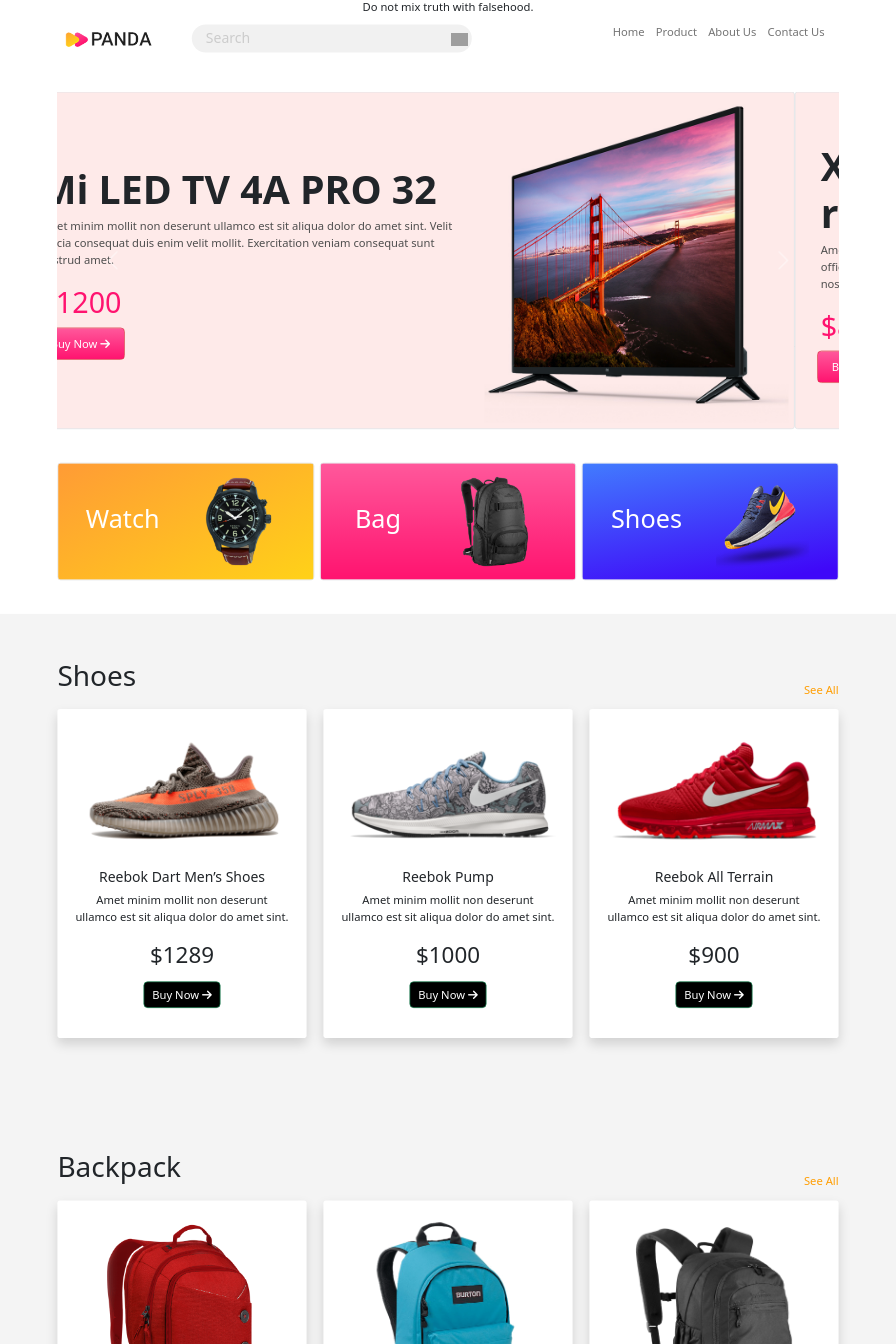
Repository: zjria/panda-e-commerce-
Page: index.html
An editor plug-in stored every save of this project. The page is shown before and after the next save, followed by the edit.
The browser window is 1280 px wide. The pictures show the part of the page from y = 0 to 1920 px (the page is 2621 px tall before and 2641 px after), at 70% of full size.
Pictures or frames that could not be fetched are drawn as grey boxes.

Above is the page before, as saved 2022-10-04 11:12:44.

### index.html
<!DOCTYPE html>
<html lang="en">

<head>
    <meta charset="UTF-8">
    <meta http-equiv="X-UA-Compatible" content="IE=edge">
    <meta name="viewport" content="width=device-width, initial-scale=1.0">
    <title>Panda E-Commerce Bootstrap</title>
    <!-- Bootstrap CSS Link -->
    <link href="https://cdn.jsdelivr.net/npm/bootstrap@5.0.2/dist/css/bootstrap.min.css" rel="stylesheet"
        integrity="sha384-EVSTQN3/azprG1Anm3QDgpJLIm9Nao0Yz1ztcQTwFspd3yD65VohhpuuCOmLASjC" crossorigin="anonymous">
    <!-- Font Awesome CDN Link -->
    <link rel="stylesheet" href="https://cdnjs.cloudflare.com/ajax/libs/font-awesome/6.2.0/css/all.min.css"
        integrity="sha512-xh6O/CkQoPOWDdYTDqeRdPCVd1SpvCA9XXcUnZS2FmJNp1coAFzvtCN9BmamE+4aHK8yyUHUSCcJHgXloTyT2A=="
        crossorigin="anonymous" referrerpolicy="no-referrer" />
    <!-- Custom CSS -->
    <link rel="stylesheet" href="style.css">


</head>

<body>

    <h6 class="text-center">Do not mix truth with falsehood.</h6>

    <!-- Header Section Start -->

    <header class="container">
        <nav class="navbar navbar-expand-lg navbar-light bg-white">
            <div class="container">
                <a class="navbar-brand" href="#"> <img src="images/logo.png" class="img-fluid w-75"
                        alt="Header_logo"></a>

                <button class="navbar-toggler" type="button" data-bs-toggle="collapse"
                    data-bs-target="#navbarSupportedContent" aria-controls="navbarSupportedContent"
                    aria-expanded="false" aria-label="Toggle navigation">
                    <span class="navbar-toggler-icon"></span>
                </button>

                <form action="" class="d-flex search-bar">
                    <input type="text" placeholder="Search" name="q">
                    <button type="submit"><img class="img-fluid" src="images/search.png" alt=""></button>
                </form>


                <div class="collapse navbar-collapse pt-0" id="navbarSupportedContent">
                    <ul class="navbar-nav mb-2 mb-lg-0">
                        <li class="nav-item">
                            <a class="nav-link" href="#">Home</a>
                        </li>
                        <li class="nav-item">
                            <a class="nav-link" href="#">Product</a>
                        </li>
                        <li class="nav-item">
                            <a class="nav-link" href="#">About Us</a>
                        </li>
                        <li class="nav-item">
                            <a class="nav-link" href="#">Contact Us</a>
                        </li>
                    </ul>
                </div>
            </div>
        </nav>

        <!-- Slide Section Start -->
        <div id="carouselExampleControls" class="carousel slide mt-5" data-bs-ride="carousel">
            <div class="carousel-inner">
                <div class="carousel-item active border rounded slide-bg-color">
                    <div class="row">
                        <div class="col-lg-7 ps-5 d-flex align-items-center">
                            <div class="text-degain">
                                <h1>Mi LED TV 4A PRO 32</h1>
                                <p class="pb-2">Amet minim mollit non deserunt ullamco est sit aliqua dolor do amet
                                    sint. Velit
                                    officia
                                    consequat duis enim velit mollit. Exercitation veniam consequat sunt nostrud amet.
                                </p>
                                <h2 class="pb-2">$1200</h2>
                                <button class="btn btn-danger">Buy Now <i class="fa-solid fa-arrow-right"></i></button>
                            </div>
                        </div>
                        <div class="col-lg-5 images-fixed">
                            <img src="images/banner-images/tv.png" class="d-block w-100 p-2" alt="...">
                        </div>
                    </div>
                </div>
                <div class="carousel-item border rounded slide-bg-color">
                    <div class="row">
                        <div class="col-lg-7 ps-5 d-flex align-items-center">
                            <div class="text-degain">
                                <h1>X-Box for your living room</h1>
                                <p class="pb-2">Amet minim mollit non deserunt ullamco est sit aliqua dolor do amet
                                    sint. Velit
                                    officia
                                    consequat duis enim velit mollit. Exercitation veniam consequat sunt nostrud amet.
                                </p>
                                <h2 class="pb-2">$820</h2>
                                <button class="btn btn-danger">Buy Now <i class="fa-solid fa-arrow-right"></i></button>
                            </div>
                        </div>
                        <div class="col-lg-5 images-fixed">
                            <img src="images/banner-images/xbox.png" class="d-block w-100 p-2" alt="...">
                        </div>
                    </div>
                </div>
                <div class="carousel-item border rounded slide-bg-color">
                    <div class="row">
                        <div class="col-lg-7 ps-5 d-flex align-items-center">
                            <div class="text-degain">
                                <h1>Coll Dude Headphone</h1>
                                <p class="pb-2">Amet minim mollit non deserunt ullamco est sit aliqua dolor do amet
                                    sint. Velit
                                    officia
                                    consequat duis enim velit mollit. Exercitation veniam consequat sunt nostrud amet.
                                </p>
                                <h2 class="pb-2">$420</h2>
                                <button class="btn btn-danger">Buy Now <i class="fa-solid fa-arrow-right"></i></button>
                            </div>
                        </div>
                        <div class="col-lg-5 images-fixed">
                            <img src="images/banner-images/headphone.png" class="d-block w-100 p-2" alt="...">
                        </div>
                    </div>
                </div>
            </div>
            <button class="carousel-control-prev" type="button" data-bs-target="#carouselExampleControls"
                data-bs-slide="prev">
                <span class="carousel-control-prev-icon" aria-hidden="true"></span>
                <span class="visually-hidden">Previous</span>
            </button>
            <button class="carousel-control-next" type="button" data-bs-target="#carouselExampleControls"
                data-bs-slide="next">
                <span class="carousel-control-next-icon" aria-hidden="true"></span>
                <span class="visually-hidden">Next</span>
            </button>
        </div>
    </header>


    <!-- Main Section Start -->
    <main class="my-5">
        <div class="container">
            <div class="row g-2">
                <div class="col-12 col-md-6 col-lg-4">
                    <div class="p-3 border rounded-3 background-color-one categories d-flex justify-content-around">
                        <h3 class="text-white">Watch</h3>
                        <img src="images/categories/watch.png" alt="">
                    </div>
                </div>
                <div class="col-12 col-md-6 col-lg-4">
                    <div class="p-3 border rounded-3 background-color-tow categories d-flex justify-content-around">
                        <h3 class="text-white">Bag</h3>
                        <img src="images/categories/bag.png" alt="">
                    </div>
                </div>
                <div class="col-12 col-md-6 col-lg-4">
                    <div class="p-3 border rounded-3 background-color-three categories d-flex justify-content-around">
                        <h3 class="text-white">Shoes</h3>
                        <img src="images/categories/shoes.png" alt="">
                    </div>
                </div>
            </div>
        </div>

        <!-- Show Section Start -->
        <article class="show-bg my-5">
            <section class="container my-5 py-5">
                <div class="show-header-text d-flex">
                    <h1>Shoes</h1>
                    <p class="pt-5">See All</p>
                </div>
                <div class="row row-cols-1 row-cols-md-2 row-cols-lg-3 g-4">
                    <div class="col">
                        <div class="card h-100 border border-0 shadow p-2 mb-4 bg-body rounded">
                            <img src="images/shoes/shoe-1.png" class="card-img-top" alt="...">
                            <div class="card-body text-center">
                                <h5 class="card-title">Reebok Dart Men’s Shoes</h5>
                                <p class="card-text ">Amet minim mollit non deserunt ullamco est sit aliqua dolor do
                                    amet
                                    sint. </p>
                                <h2 class="my-4">$1289</h2>
                                <button class="btn btn-success">Buy Now <i class="fa-solid fa-arrow-right"></i></button>
                            </div>
                        </div>
                    </div>
                    <div class="col">
                        <div class="card h-100 border border-0 shadow p-2 mb-4 bg-body rounded">
                            <img src="images/shoes/shoe-2.png" class="card-img-top" alt="...">
                            <div class="card-body text-center">
                                <h5 class="card-title">Reebok Pump</h5>
                                <p class="card-text ">Amet minim mollit non deserunt ullamco est sit aliqua dolor do
                                    amet
                                    sint. </p>
                                <h2 class="my-4">$1000</h2>
                                <button class="btn btn-success">Buy Now <i class="fa-solid fa-arrow-right"></i></button>
                            </div>
                        </div>
                    </div>
                    <div class="col">
                        <div class="card h-100 border border-0 shadow p-2 mb-4 bg-body rounded">
                            <img src="images/shoes/shoe-3.png" class="card-img-top" alt="...">
                            <div class="card-body text-center">
                                <h5 class="card-title">Reebok All Terrain</h5>
                                <p class="card-text ">Amet minim mollit non deserunt ullamco est sit aliqua dolor do
                                    amet
                                    sint. </p>
                                <h2 class="my-4">$900</h2>
                                <button class="btn btn-success">Buy Now <i class="fa-solid fa-arrow-right"></i></button>
                            </div>
                        </div>
                    </div>



                </div>
            </section>

            <!-- Bag Section Start -->
            <section class="container my-5 py-5">
                <div class="show-header-text d-flex">
                    <h1>Backpack</h1>
                    <p class="pt-5">See All</p>
                </div>
                <div class="row row-cols-1 row-cols-md-2 row-cols-lg-3 g-4">
                    <div class="col">
                        <div class="card h-100 border border-0 shadow p-2 mb-4 bg-body rounded">
                            <img src="images/bags/bag-1.png" class="card-img-top" alt="...">
                            <div class="card-body text-center">
                                <h5 class="card-title">Ison Backpack</h5>
                                <p class="card-text ">Amet minim mollit non deserunt ullamco est sit aliqua dolor do
                                    amet
                                    sint. </p>
                                <h2 class="my-4">$900</h2>
                                <button class="btn btn-success">Buy Now <i class="fa-solid fa-arrow-right"></i></button>
                            </div>
                        </div>
                    </div>
                    <div class="col">
                        <div class="card h-100 border border-0 shadow p-2 mb-4 bg-body rounded">
                            <img src="images/bags/bag-2.png" class="card-img-top" alt="...">
                            <div class="card-body text-center">
                                <h5 class="card-title">Biaowang Backpack</h5>
                                <p class="card-text ">Amet minim mollit non deserunt ullamco est sit aliqua dolor do
                                    amet
                                    sint. </p>
                                <h2 class="my-4">$880</h2>
                                <button class="btn btn-success">Buy Now <i class="fa-solid fa-arrow-right"></i></button>
                            </div>
                        </div>
                    </div>
                    <div class="col">
                        <div class="card h-100 border border-0 shadow p-2 mb-4 bg-body rounded">
                            <img src="images/bags/bag-3.png" class="card-img-top" alt="...">
                            <div class="card-body text-center">
                                <h5 class="card-title">Dxyizu WS54 Smart</h5>
                                <p class="card-text ">Amet minim mollit non deserunt ullamco est sit aliqua dolor do
                                    amet
                                    sint. </p>
                                <h2 class="my-4">$870</h2>
                                <button class="btn btn-success">Buy Now <i class="fa-solid fa-arrow-right"></i></button>
                            </div>
                        </div>
                    </div>
                </div>
            </section>
        </article>
    </main>

    <!-- Footer Section Start -->
    <footer class="container footer-section p-5">
        <div class="footer-text">
            <h1>LET'S STAY IN TOUCH</h1>
            <p>Get updates on sales specials and more</p>
            <form action="#">
                <div class="form-box">
                    <input ype="text" value="" name="emailaddress" placeholder="Enter your E-mail">
                    <button type="submit">Subscribe</button>
                </div>
            </form>
        </div>
    </footer>




    <!-- Bootstrap JavaScript Link -->
    <script src="https://cdn.jsdelivr.net/npm/bootstrap@5.0.2/dist/js/bootstrap.bundle.min.js"
        integrity="sha384-MrcW6ZMFYlzcLA8Nl+NtUVF0sA7MsXsP1UyJoMp4YLEuNSfAP+JcXn/tWtIaxVXM" crossorigin="anonymous">
    </script>
</body>

</html>

### style.css
.search-bar {
    width: 100%;
    max-width: 400px;
    height: 40px;
    background: #F1F1F1;
    border-radius: 66px;

}

.search-bar input {
    background: transparent;
    flex: 1;
    border: 0;
    outline: none;
    padding: 12px 20px;
    font-size: 20px;

}

::placeholder {
    color: #CCCCCC;
}

.search-bar button {
    background: transparent;
    border: 0;
    outline: none;
}

.search-bar button img {
    width: 25px;
    color: #CCCCCC;
}

div#navbarSupportedContent {
    margin-top: -20px;
    text-align: end;
    justify-content: end;
}

.slide-bg-color {
    background: #FEEAE9;
}

.text-degain p {
    color: #4E4E4E;
}

.text-degain>h1 {
    font-weight: 700;
    font-size: 56px;
}

.text-degain>h2 {
    font-weight: 500;
    font-size: 41px;
    color: #FF136F;
}

.text-degain button {
    background: linear-gradient(180deg, #FF589B -0.01%, #FF136F 99.99%);
    border-radius: 6px;
    padding: 10px 20px;
}

.background-color-one {
    background: linear-gradient(152.07deg, #FF9C35 1.47%, #FFD019 97.17%);
    align-items: center;
}

.background-color-tow {
    background: linear-gradient(180deg, #FF589B -0.01%, #FF136F 99.99%);
    align-items: center;
}

.background-color-three {
    background: linear-gradient(170.41deg, #4289FF -10.89%, #3F07F8 92.77%);
    align-items: center;
}

.categories h3 {
    font-weight: 500;
    font-size: 36px;
}

.categories img {
    width: 40%;
}

.show-bg {
    background: #F4F4F4;
}

.show-header-text {
    justify-content: space-between;
    align-items: center;
    text-align: center;
}

.show-header-text p {
    color: #FF9D00;
}

.show-bg button {
    background: #000000;
    border-radius: 6px;
}

.footer-section {
    background: #FFF2F1;
}

.form-box input,
button {
    outline: none;
    border: none;
    font-size: 18px;
    background: white;
    padding: 10px;
    border-radius: 5px;
    margin: -5px;
}

.form-box button {
    border-radius: 0px 5px 5px 0px;
    outline: none;
    border: none;
    font-size: 18px;
    background: white;
    padding: 10px;
    margin: -5px;
}

.form-box button {
    background: linear-gradient(180deg, #FF589B 0%, #FF136F 100%);
}

After the next save:
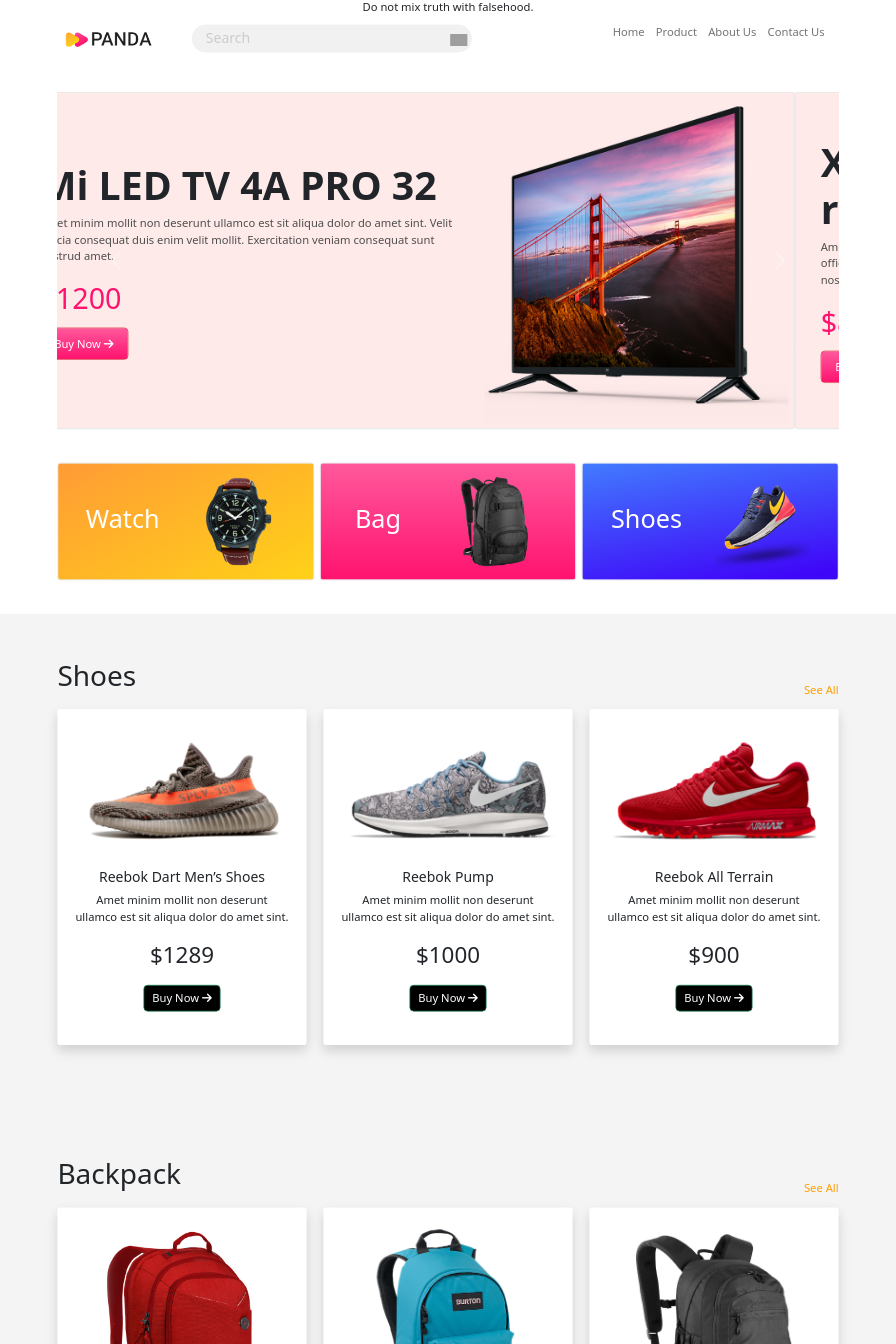
Saved 4 s later.
--- a/style.css
+++ b/style.css
@@ -110,8 +110,7 @@
     background: #FFF2F1;
 }
 
-.form-box input,
-button {
+.form-box input {
     outline: none;
     border: none;
     font-size: 18px;
